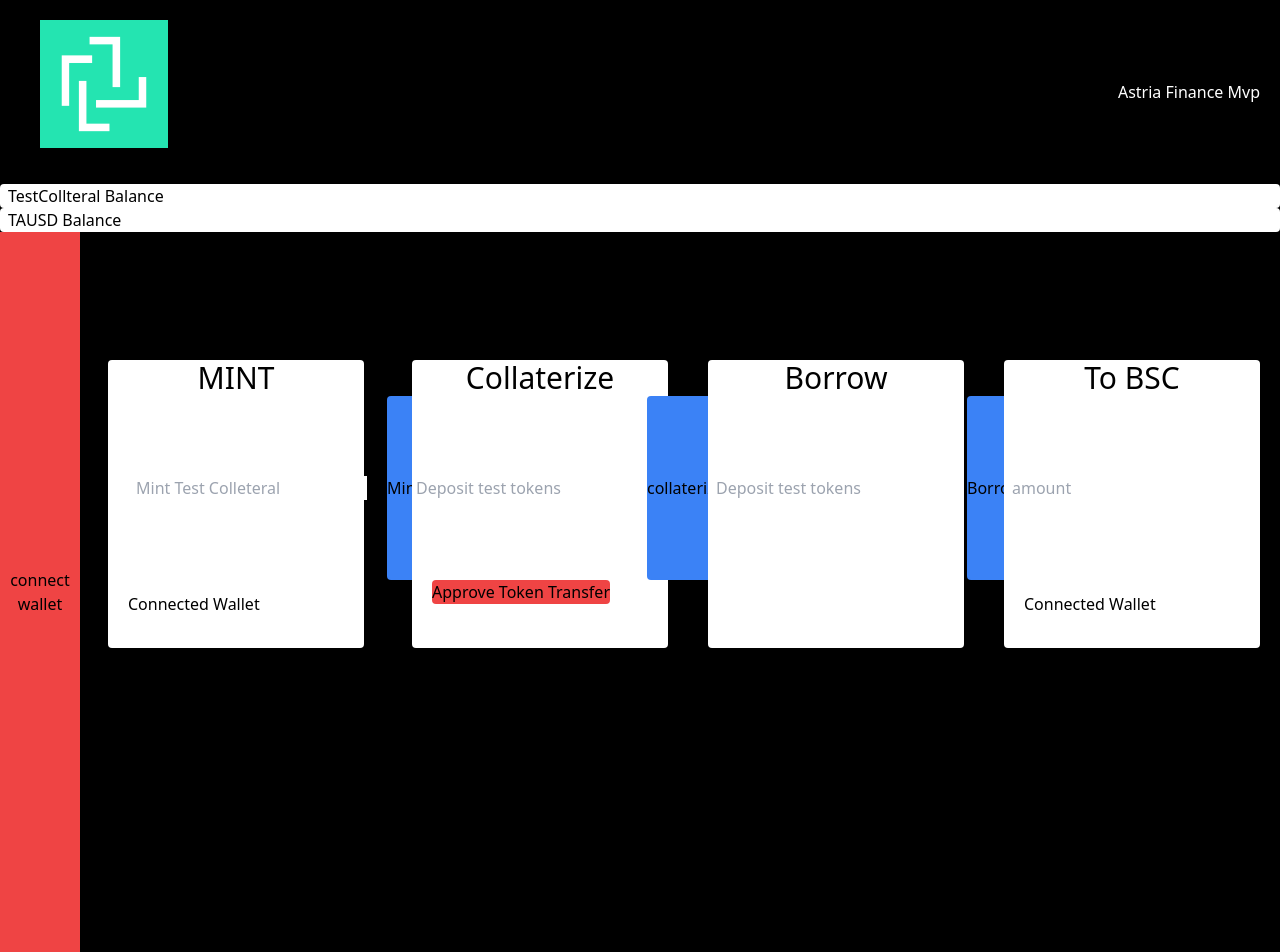
Repository: AstriaFinance/AstriaMvp
Page: /
These files come from the project's save history. The page is drawn as it stood at one moment and after the next save; the edit follows.
The browser window is 1280 px wide. The pictures show the whole page.
The project was rebuilt for these pictures with package versions that can differ from the ones it lists, and the page was loaded fresh each time. Also part of the build but not shown: src/components/About.jsx, src/components/Shop.jsx, src/components/ErrorPage.jsx.

Above is the page before, as saved 2022-06-27 13:46:37.

After the next save:
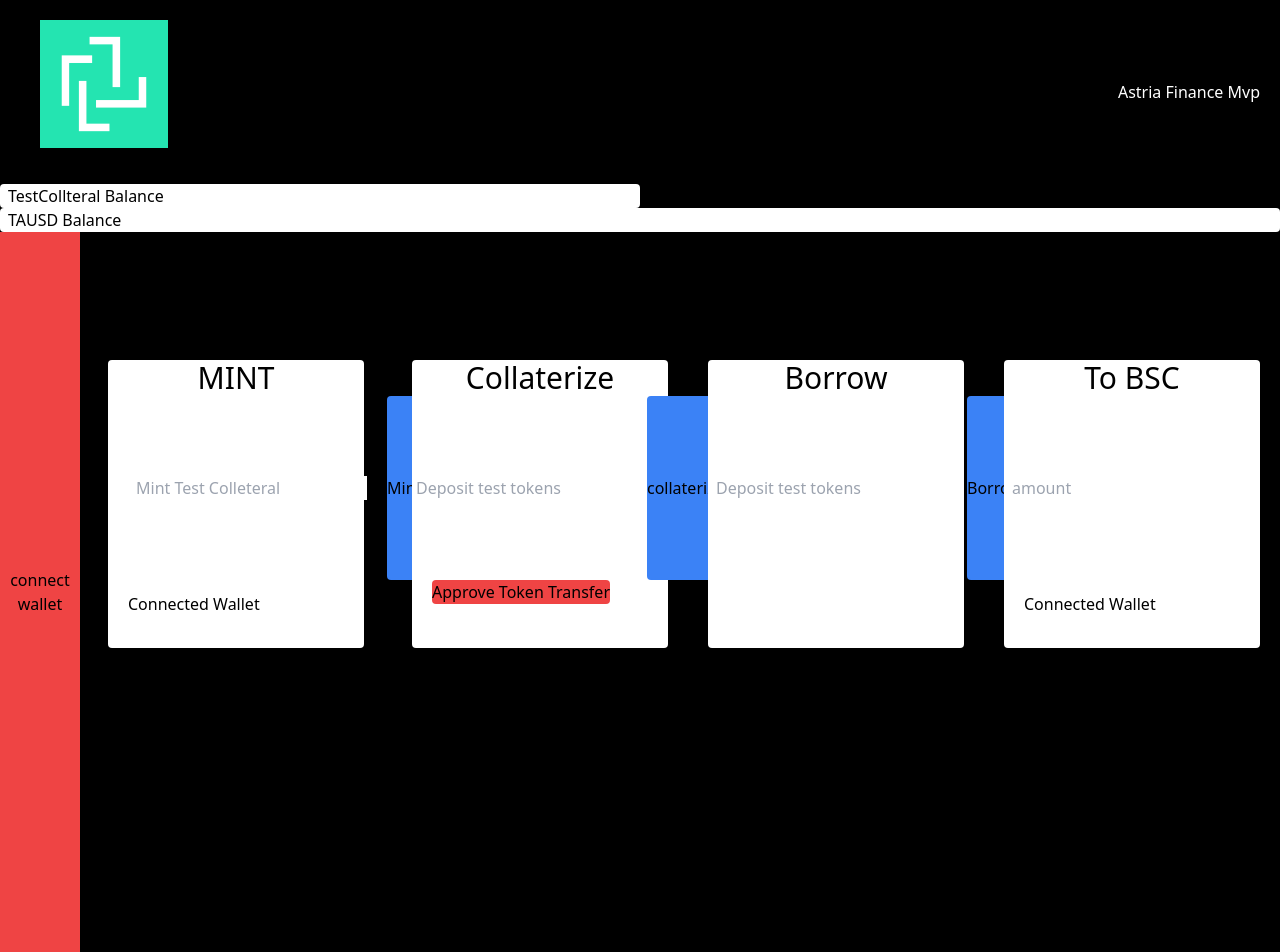
Saved 45 s later.
--- a/src/components/Home.jsx
+++ b/src/components/Home.jsx
@@ -162,7 +162,7 @@ const Home = () => {
   return (
     <div>
       <div className=" bg-black">
-        <div className="rounded bg-white  ">
+        <div className="rounded bg-white w-1/2 ">
           <div className="mx-2">TestCollteral Balance</div>
           <div className="mx-2">{TestBalance}</div>
         </div>
